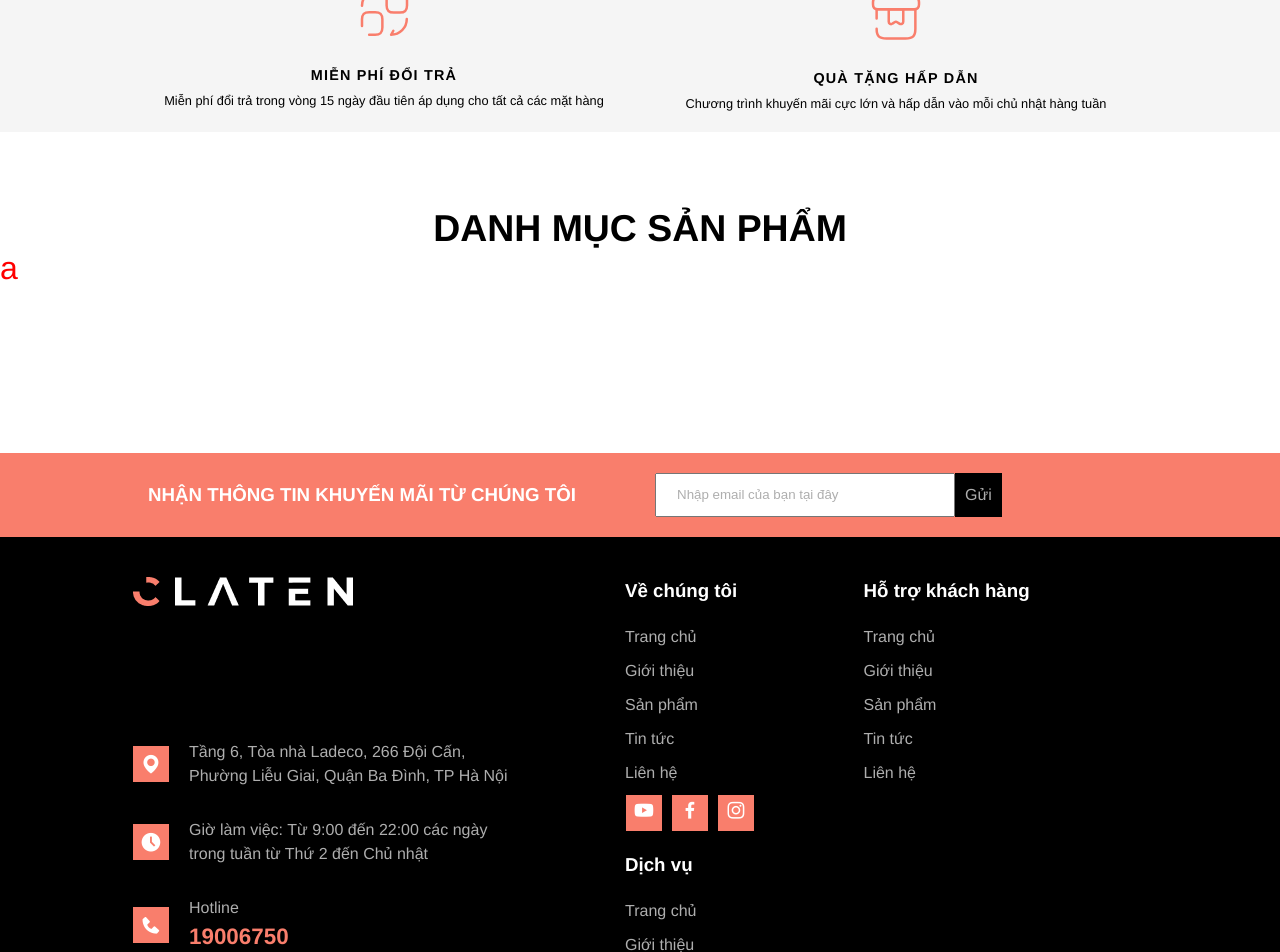
Repository: RennoPMXK/doan
Page: index.html
These files come from the project's save history. The page is drawn as it stood at one moment and after the next save; the edit follows.
The browser window is 1280 px wide. The pictures show the part of the page from y = 763 to 1715 px (the page is 1842 px tall before and 1841 px after).

Above is the page before, as saved 2021-11-16 20:28:40.

### index.html
<!DOCTYPE html>
<html lang="en">
<head>
    <meta charset="UTF-8">
    <meta http-equiv="X-UA-Compatible" content="IE=edge">
    <meta name="viewport" content="width=device-width, initial-scale=1.0">
    <title>Document</title>
    <link rel="stylesheet" href="./grid.css">
    <link rel="stylesheet" href="./style.css">
    <link rel="stylesheet" href="./responsible.css">
    <link href='https://unpkg.com/boxicons@2.0.9/css/boxicons.min.css' rel='stylesheet'>
</head>
<body>
    <div class="navbar">
        <div class="navbar-wrapper">
            <a class="logo">
                <img src="./img/logo.png" alt="">
            </a>

            <div class="navbar-menu mobile-menu">
                <i class='bx bx-x mobile-close-icon'></i>
                <li class="navbar-menu-item"><a class = 'active' href="#">Trang chủ</a></li>
                <li class="navbar-menu-item"><a href="#">Giới thiệu</a></li>
                <li class="navbar-menu-item"><a href="#">Sản phẩm <i class='bx bxs-down-arrow navbar-menu-icon'></i></a>
                    <ul class="navbar-sub-menu">
                        <li class="navbar-sub-menu-item"><a href="">Đồng hồ nam</a></li>
                        <li class="navbar-sub-menu-item"><a href="">Đồng hồ nữ</a></li>
                        <li class="navbar-sub-menu-item"><a href="">Đồng hồ mới về</a></li>
                        <li class="navbar-sub-menu-item"><a href="">Phụ kiện nam</a></li>
                        <li class="navbar-sub-menu-item"><a href="">Phụ kiện nữ</a></li>
                    </ul>
                </li>
                <li class="navbar-menu-item"><a href="#">Tin tức</a></li>
                <li class="navbar-menu-item"><a href="#">Liên hệ</a></li>
            </div>

            <div class="navbar-icon">
                 <li class="navbar-icon-item"><a href=""><i class='bx bx-search-alt'></i></a></li>
                 <li class="navbar-icon-item"><a href=""><i class='bx bx-user'></i></a></li>
                 <li class="navbar-icon-item"><a href="#"><i class='bx bx-shopping-bag bx-tada ' ></i></a></li>
                 <li class="navbar-icon-item"><a href="#"><i class='bx bx-menu-alt-right menu-icon'></i></a></li>

            </div>
        </div>
        <div class="modal"></div>
    </div>

    <div class="hero-section">

             <div class="bgimg slide-item fade" style="background-image: url(./img/1a\(32\).jpg)">
                 <div class="caption">
                     <h2 class="top-down delay-2">
                        ĐỒNG HỒ ROLEX

                     </h2>

                     <p class="top-down delay-4">
                       Lorem ipsum dolor sit amet consectetur adipisicing elit. Aut eligendi voluptates enim tempora cupiditate ex minus aperiam impedit maxime nam. Sunt neque amet veniam vitae adipisci impedit aliquam officia hic.
                     </p>

                     <button class="top-down delay-6">
                         MUA NGAY
                     </button>
                 </div>

             </div>


             <div class="bgimg slide-item fade" style="background-image: url(./img/dong-ho-thoi-trang-rolex-banner.jpg)">
                <div class="caption">
                    <h2>
                        ĐỒNG HỒ ROLEX
                    </h2>

                    <p>
                        Lorem ipsum dolor sit amet consectetur adipisicing elit. Aut eligendi voluptates enim tempora cupiditate ex minus aperiam impedit maxime nam. Sunt neque amet veniam vitae adipisci impedit aliquam officia hic.
                    </p>

                    <button>
                        MUA NGAY
                    </button>
                </div>

             </div>


             <div class="bgimg slide-item fade" style="background-image: url(./img/Banchay_Longines_banner-1024x427.jpg)">
                <div class="caption">
                    <h2>
                        ĐỒNG HỒ ROLEX
                    </h2>

                    <p>
                        Lorem ipsum dolor sit amet consectetur adipisicing elit. Aut eligendi voluptates enim tempora cupiditate ex minus aperiam impedit maxime nam. Sunt neque amet veniam vitae adipisci impedit aliquam officia hic.
                    </p>

                    <button>
                        MUA NGAY
                    </button>
                </div>

             </div>


             <div class="slide-control">
                <div class="slide-control-wrapper">
                    <span class="dot" onclick="chooseSlide(0)"></span>
                    <span class="dot"  onclick="chooseSlide(1)"></span>
                    <span class="dot" onclick="chooseSlide(2)" ></span>

                </div>
             </div>

    </div>

    <div class="hero-section-mini ">
        <div class="container row">
            <div class="hero-section-mini-item col-3 col-md-6 col-sm-6">
                <img src="./img/icon_service_1.svg" alt="">
                 <h3>VẬN CHUYỂN TOÀN CẦU</h3>
                 <p>Chúng tôi miễn phí vận chuyển tất cả đơn hàng trị giá trên 2.000.000Đ</p>
            </div>

            <div class="hero-section-mini-item col-3 col-md-6 col-sm-6">
               <img src="./img/icon_service_2.svg" alt="">
                <h3>HỖ TRỢ ONLINE 24/24</h3>
                <p>Chúng tôi luôn hỗ trợ khách hàng 24/24 tất cả ngày trong tuần</p>
           </div>

           <div class="hero-section-mini-item col-3 col-md-6 col-sm-6">
               <img src="./img/icon_service_3.svg" alt="">
                <h3>MIỄN PHÍ ĐỔI TRẢ</h3>
                <p>Miễn phí đổi trả trong vòng 15 ngày đầu tiên áp dụng cho tất cả các mặt hàng</p>
           </div>

           <div class="hero-section-mini-item col-3 col-md-6 col-sm-6">
               <img src="./img/icon_service_4.svg" alt="">
                <h3>QUÀ TẶNG HẤP DẪN</h3>
                <p>Chương trình khuyến mãi cực lớn và hấp dẫn vào mỗi chủ nhật hàng tuần</p>
           </div>

        </div>
    </div>

    <section class="product-list">
        <div class="section-title">
            <h3>DANH MỤC SẢN PHẨM</h3>
            <div class="title-line">
                a
            </div>
        </div>
    </section>

    <div class="footer">
        <div class="footer-contact">
            <div class="container">
                <div class= "footer-contact-content row">
                    <h3 class="col-6 col-md-6 col-sm-12">NHẬN THÔNG TIN KHUYẾN MÃI TỪ CHÚNG TÔI</h3>
                    <div class="form col-6 col-md-6 col-sm-12">
                        <input type="text" placeholder="Nhập email của bạn tại đây"><a href="">Gửi</a></input>

                    </div>

                </div>

            </div>

         </div>
        <div class="container">

            <div class="wrapper row ">
                <div class="footer-logo row col-5 col-md-6 col-sm-12">
                    <a class="footer-img">
                        <img src="./img/logo.png" alt="">
                    </a>

                    <ul class="footer-des">
                           <li class="footes-des-item">
                               <div class="footer-des-icon">
                                    <i class='bx bxs-map'></i>
                               </div>
                               <p>Tầng 6, Tòa nhà Ladeco, 266 Đội Cấn,<br> Phường Liễu Giai, Quận Ba Đình, TP Hà Nội</p>
                           </li>
                           <li class="footes-des-item">
                                <div class="footer-des-icon">
                                    <i class='bx bxs-time-five' ></i>
                                </div>
                               <p>Giờ làm việc: Từ 9:00 đến 22:00 các ngày <br>trong tuần từ Thứ 2 đến Chủ nhật</p>
                           </li>
                           <li class="footes-des-item">
                            <div class="footer-des-icon">
                                <i class='bx bxs-phone' ></i>
                             </div>
                               <p>Hotline<br>
                                   <span>19006750</span>
                               </p>
                           </li>
                    </ul>
                </div>

                <div class="footer-menu row col-7 col-md-6 col-sm-12">
                     <div class="footer-menu-item col-4 col-md-6 col-sm-12">
                         <h3>Về chúng tôi</h3>
                         <ul>
                            <li><a href="">Trang chủ</a></li>
                            <li><a href="">Giới thiệu</a></li>
                            <li><a href="">Sản phẩm</a></li>
                            <li><a href="">Tin tức</a></li>
                            <li><a href="">Liên hệ</a></li>
                         </ul>

                         <div class="footer-social">
                            <li><a href=""><i class='bx bxl-youtube' ></i></a></li>
                            <li><a href=""><i class='bx bxl-facebook' ></i></a></li>
                            <li><a href=""><i class='bx bxl-instagram' ></i></a></li>
                       </div>
                     </div>

                     <div class="footer-menu-item col-4 col-md-6 col-sm-12">
                        <h3>Hỗ trợ khách hàng</h3>
                        <ul>
                           <li><a href="">Trang chủ</a></li>
                           <li><a href="">Giới thiệu</a></li>
                           <li><a href="">Sản phẩm</a></li>
                           <li><a href="">Tin tức</a></li>
                           <li><a href="">Liên hệ</a></li>
                        </ul>
                    </div>

                    <div class="footer-menu-item col-4 col-md-6 col-sm-12">
                        <h3>Dịch vụ</h3>
                        <ul>
                           <li><a href="">Trang chủ</a></li>
                           <li><a href="">Giới thiệu</a></li>
                           <li><a href="">Sản phẩm</a></li>
                           <li><a href="">Tin tức</a></li>
                           <li><a href="">Liên hệ</a></li>
                        </ul>
                    </div>



                </div>


            </div>
        </div>
    </div>


    <script src="./app.js"></script>
</body>
</html>

### grid.css
.row {
    display: flex;
    flex-wrap: wrap;
    margin: 0 -15px;
}

[class*="col-"] {
    padding: 0 15px;
}

.col-1 {
    width: 8.33%;
}

.col-2 {
    width: 16.66%;
}

.col-3 {
    width: 25%;
}

.col-4 {
    width: 33.33%;
}

.col-5 {
    width: 41.66%;
}

.col-6 {
    width: 50%;
}

.col-7 {
    width: 58.33%;
}

.col-8 {
    width: 66.66%;
}

.col-9 {
    width: 75%;
}

.col-10 {
    width: 83.33%;
}

.col-11 {
    width: 91.66%;
}

.col-12 {
    width: 100%;
}

/* MEDIUM SCREEN */

@media only screen and (max-width: 1280px) {
    .col-md-1 {
        width: 8.33%;
    }

    .col-md-2 {
        width: 16.66%;
    }

    .col-md-3 {
        width: 25%;
    }

    .col-md-4 {
        width: 33.33%;
    }

    .col-md-5 {
        width: 41.66%;
    }

    .col-md-6 {
        width: 50%;
    }

    .col-md-7 {
        width: 58.33%;
    }

    .col-md-8 {
        width: 66.66%;
    }

    .col-md-9 {
        width: 75%;
    }

    .col-md-10 {
        width: 83.33%;
    }

    .col-md-11 {
        width: 91.66%;
    }

    .col-md-12 {
        width: 100%;
    }
}

/* SMALL SCREEN */

@media only screen and (max-width: 850px) {
    .col-sm-1 {
        width: 8.33%;
    }

    .col-sm-2 {
        width: 16.66%;
    }

    .col-sm-3 {
        width: 25%;
    }

    .col-sm-4 {
        width: 33.33%;
    }

    .col-sm-5 {
        width: 41.66%;
    }

    .col-sm-6 {
        width: 50%;
    }

    .col-sm-7 {
        width: 58.33%;
    }

    .col-sm-8 {
        width: 66.66%;
    }

    .col-sm-9 {
        width: 75%;
    }

    .col-sm-10 {
        width: 83.33%;
    }

    .col-sm-11 {
        width: 91.66%;
    }

    .col-sm-12 {
        width: 100%;
    }
}

### responsible.css


/* Tablet */

@media only screen and (max-width: 1024px){
   .navbar-menu {
       display: none;

   }

   .navbar-wrapper {
        justify-content: space-around;
   }


   .navbar-icon-item:last-child {
        display: block;
   }


   .navbar-menu {
    padding : 20px;
    width: 40vw;
    background-color: black;
    display: block;
    position: fixed;
    top: 60px;
    left: 0;
    height: 100vh;
    min-width: 300px;
}

    .navbar-menu-item {
        margin-left: 30px;
        padding: 20px;
    }

    .navbar-sub-menu{
        position: initial;
    }


    .mobile-menu {
        transform : translateX(-100%);
        transition: 0.4s ease-in-out;
        z-index: 100;
    }

    .mobile-menu.active {
        transform : translateX(0);
    }

    .modal {
        display: none;
        position: fixed;
        top: 0;
        bottom: 0;
        right: 0;
        left: 0;
        background-color: rgba(14, 13, 13, 0.6);
    }

    .modal.active {
        display : block
    }

    .mobile-close-icon {
        cursor: pointer;
        font-size: 1.5rem;
        display: block;
        color: white;
        position: absolute;
        top: 5px;
        right:10px;
    }


}


/* Mobile */

@media only screen and (max-width: 740px) {
  .logo img{
      height: 15px;
      transform: translateY(-9px);
  }

  .navbar-icon-item a {
    color : white;
    font-size: 1.2rem;
    transition: 0.2s ease-in-out;
  }

  .navbar-icon-item a:hover {
    color : white;
  }

  .caption {
      width: 40%;
      text-align: left;
  }

  .caption h2 {
      font-size: 1.8rem;
  }

  .caption p {
      font-size: 0.9rem;
  }

  .caption button {
      font-size: 0.8rem;
      width: 100%;

  }

}

Loaded but not shown: app.js (101 lines, source omitted); style.css (538 lines, source omitted)

After the next save:
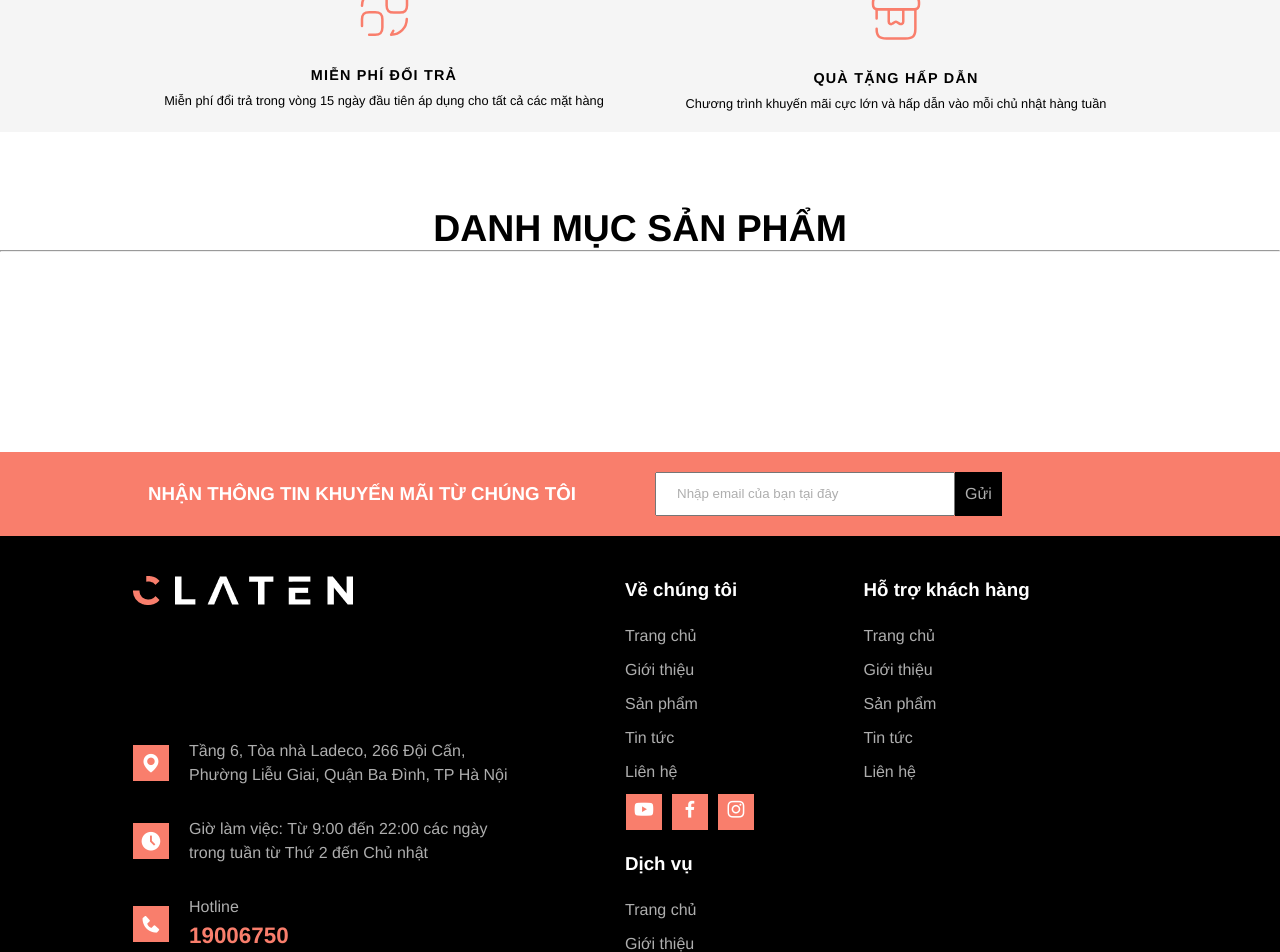
Saved 16 s later.
--- a/index.html
+++ b/index.html
@@ -145,9 +145,7 @@
     <section class="product-list">
         <div class="section-title">
             <h3>DANH MỤC SẢN PHẨM</h3>
-            <div class="title-line">
-                a
-            </div>
+             <hr>
         </div>
     </section>
 

After the save that followed:
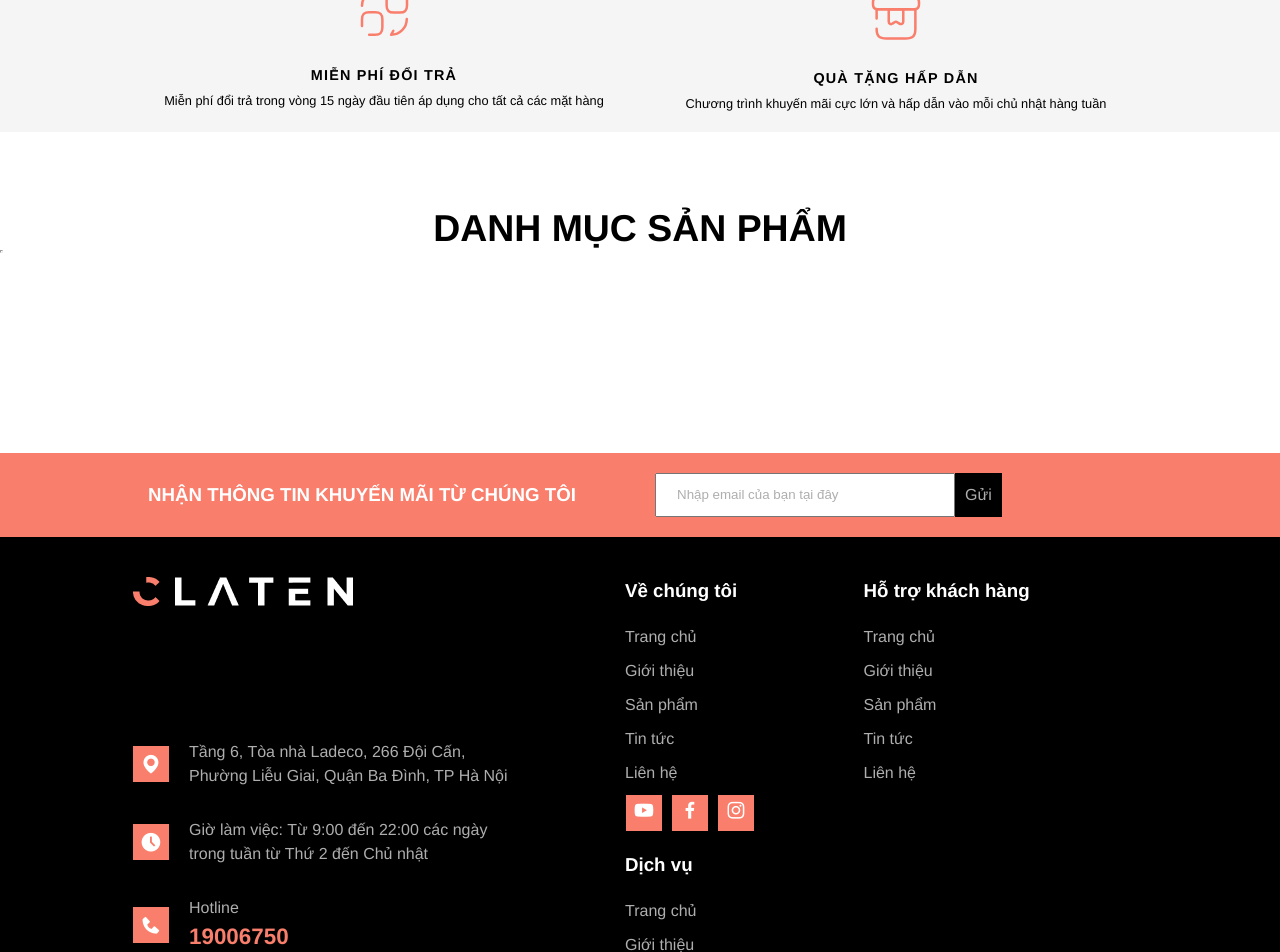
Saved 19 s later.
--- a/index.html
+++ b/index.html
@@ -145,7 +145,7 @@
     <section class="product-list">
         <div class="section-title">
             <h3>DANH MỤC SẢN PHẨM</h3>
-             <hr>
+             <hr class="title-line">
         </div>
     </section>
 
